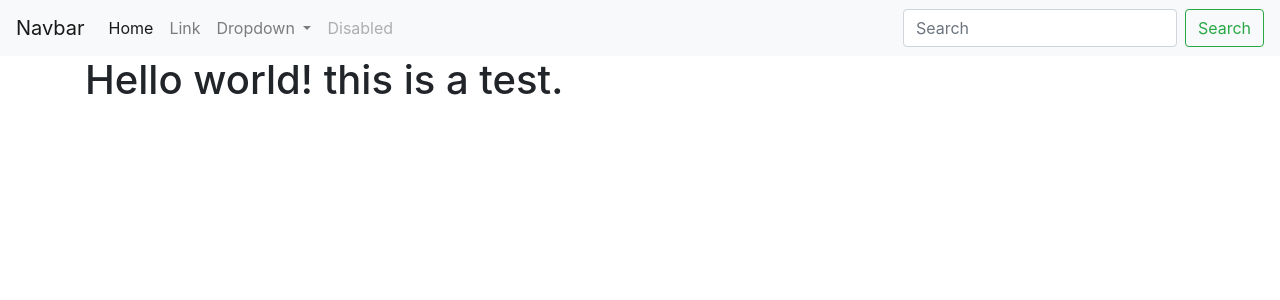
Repository: muhdarifrawi/personal-practice-bootstrap-linear
Page: index.html
The author's editor kept a record of every edit. The page is drawn from the files as they stood at one moment, then again after the next edit.
The browser window is 1280 px wide. The pictures show the whole page.

Above is the page before.

### index.html
<!doctype html>
<html lang="en">
  <head>
    <!-- Required meta tags -->
    <meta charset="utf-8">
    <meta name="viewport" content="width=device-width, initial-scale=1, shrink-to-fit=no">

    <!-- Bootstrap CSS -->
    <link rel="stylesheet" href="https://stackpath.bootstrapcdn.com/bootstrap/4.3.1/css/bootstrap.min.css" integrity="sha384-ggOyR0iXCbMQv3Xipma34MD+dH/1fQ784/j6cY/iJTQUOhcWr7x9JvoRxT2MZw1T" crossorigin="anonymous">
    <link rel="stylesheet" href="style.css" type="text/css" />

    <title>Hello, world!</title>
  </head>
  <body>
      <!-- navbar -->
    <nav class="navbar navbar-expand-lg navbar-light bg-light">
  <a class="navbar-brand" href="#">Navbar</a>
  <button class="navbar-toggler" type="button" data-toggle="collapse" data-target="#navbarSupportedContent" aria-controls="navbarSupportedContent" aria-expanded="false" aria-label="Toggle navigation">
    <span class="navbar-toggler-icon"></span>
  </button>

  <div class="collapse navbar-collapse" id="navbarSupportedContent">
    <ul class="navbar-nav mr-auto">
      <li class="nav-item active">
        <a class="nav-link" href="#">Home <span class="sr-only">(current)</span></a>
      </li>
      <li class="nav-item">
        <a class="nav-link" href="#">Link</a>
      </li>
      <li class="nav-item dropdown">
        <a class="nav-link dropdown-toggle" href="#" id="navbarDropdown" role="button" data-toggle="dropdown" aria-haspopup="true" aria-expanded="false">
          Dropdown
        </a>
        <div class="dropdown-menu" aria-labelledby="navbarDropdown">
          <a class="dropdown-item" href="#">Action</a>
          <a class="dropdown-item" href="#">Another action</a>
          <div class="dropdown-divider"></div>
          <a class="dropdown-item" href="#">Something else here</a>
        </div>
      </li>
      <li class="nav-item">
        <a class="nav-link disabled" href="#" tabindex="-1" aria-disabled="true">Disabled</a>
      </li>
    </ul>
    <form class="form-inline my-2 my-lg-0">
      <input class="form-control mr-sm-2" type="search" placeholder="Search" aria-label="Search">
      <button class="btn btn-outline-success my-2 my-sm-0" type="submit">Search</button>
    </form>
  </div>
</nav>
      <!-- navbar ends here -->

        <div class="container">
        <h1> Hello world! this is a test.</h1>


    <!-- Optional JavaScript -->
    <!-- jQuery first, then Popper.js, then Bootstrap JS -->
    <script src="https://code.jquery.com/jquery-3.3.1.slim.min.js" integrity="sha384-q8i/X+965DzO0rT7abK41JStQIAqVgRVzpbzo5smXKp4YfRvH+8abtTE1Pi6jizo" crossorigin="anonymous"></script>
    <script src="https://cdnjs.cloudflare.com/ajax/libs/popper.js/1.14.7/umd/popper.min.js" integrity="sha384-UO2eT0CpHqdSJQ6hJty5KVphtPhzWj9WO1clHTMGa3JDZwrnQq4sF86dIHNDz0W1" crossorigin="anonymous"></script>
    <script src="https://stackpath.bootstrapcdn.com/bootstrap/4.3.1/js/bootstrap.min.js" integrity="sha384-JjSmVgyd0p3pXB1rRibZUAYoIIy6OrQ6VrjIEaFf/nJGzIxFDsf4x0xIM+B07jRM" crossorigin="anonymous"></script>
  </body>
</html>

### style.css
.box {
    width:100%;
    height:30px;
}

.red{
    background-color:red;
}

After the next edit:
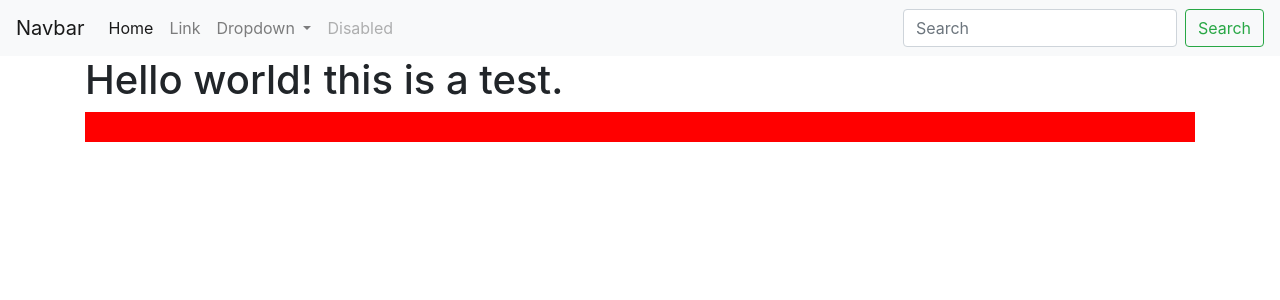
The edit:
--- a/index.html
+++ b/index.html
@@ -53,6 +53,9 @@
         <div class="container">
         <h1> Hello world! this is a test.</h1>
 
+        <div class="box red"></div>
+
+        </div>
 
     <!-- Optional JavaScript -->
     <!-- jQuery first, then Popper.js, then Bootstrap JS -->
